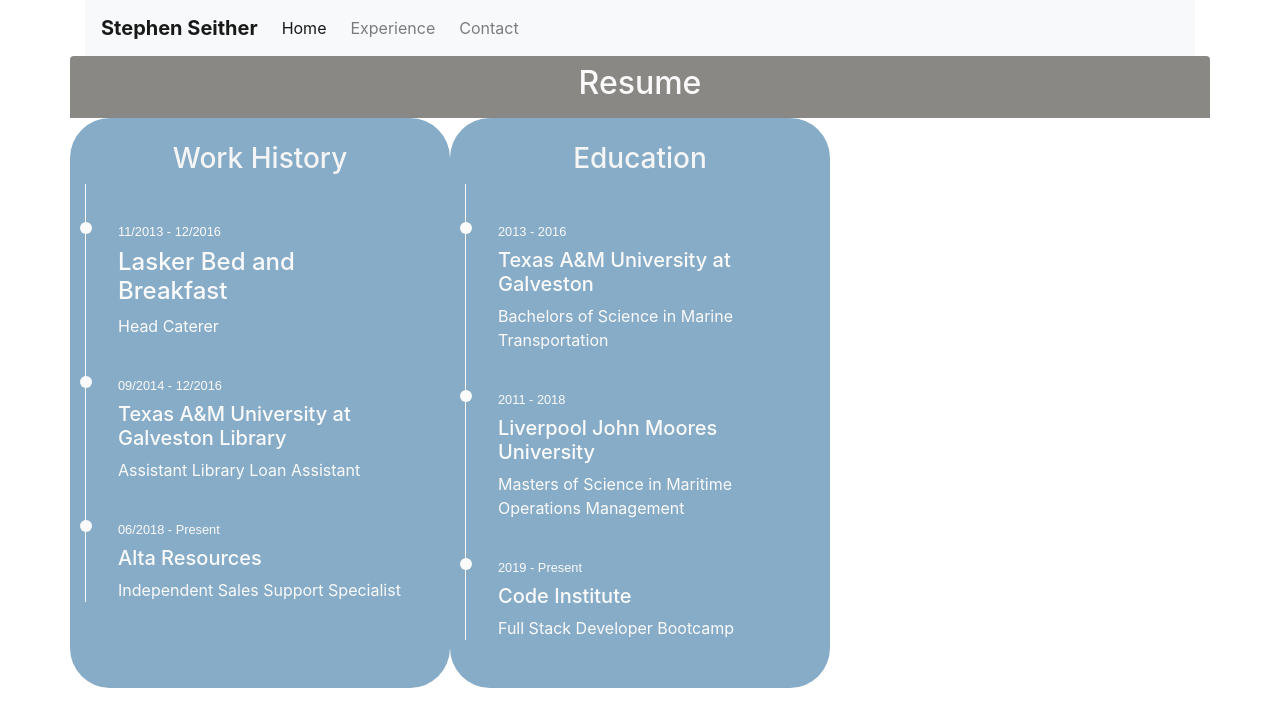
Repository: stephenseither/First-Milestone-Project
Page: experience.html
The author's editor kept a record of every edit. The page is drawn from the files as they stood at one moment, then again after the next edit.
The browser window is 1280 px wide. The pictures show the whole page.
Some web libraries are served in a nearby version.

Above is the page before.

### experience.html
<!DOCTYPE html>
<html lang="en">

<head>
    <meta charset="UTF-8">
    <meta name="viewport" content="width=device-width, initial-scale=1.0">
    <meta http-equiv="X-UA-Compatible" content="ie=edge">
    <link rel="stylesheet" href="https://stackpath.bootstrapcdn.com/bootstrap/4.3.1/css/bootstrap.min.css" integrity="sha384-ggOyR0iXCbMQv3Xipma34MD+dH/1fQ784/j6cY/iJTQUOhcWr7x9JvoRxT2MZw1T" crossorigin="anonymous">
    <link rel="stylesheet" href="https://use.fontawesome.com/releases/v5.10.2/css/all.css" integrity="sha384-rtJEYb85SiYWgfpCr0jn174XgJTn4rptSOQsMroFBPQSGLdOC5IbubP6lJ35qoM9" crossorigin="anonymous">
    <link rel="stylesheet" href="assets/css/style.css" type="text/css" />
    <title>Document</title>
</head>

<body>
    <div class="container">
        <div class="row">
            <div class="col">
                <nav class="navbar navbar-light bg-light navbar-expand-sm">
                    <a href="index.html" class="navbar-brand font-weight-bold">Stephen Seither</a>

                    <button class="navbar-toggler ml-auto" type="button" data-toggle="collapse" data-target="#navbarNavDropdown" aria-controls="navbarNavDropdown" aria-expanded="false" aria-label="Toggle navigation">
            <span class="navbar-toggler-icon"></span></button>

                    <div class="collapse navbar-collapse" id="navbarNavDropdown">
                        <ul class="navbar-nav mr-auto">
                            <li class="active nav-item mr-2"><a class="nav-link" href="index.html">Home</a></li>
                            <li class="nav-item mr-2"><a class="nav-link" href="experience.html">Experience</a></li>
                            <li class="nav-item mr-2"><a class="nav-link" href="contact.html">Contact</a></li>
                        </ul>
                    </div>
                </nav>
            </div>
        </div>
    </div>

    <div class="container">
        <div class="row">
            <div class="col resume rounded-top">
                <h2 class="uppercase">
                    Resume
                </h2>
            </div>
        </div>
    </div>

    <div class="container">
        <div class="row">
            <div class="col-md-4 bg-work-timeline pb-5 work-timeline">
                <div class="work-history pt-4">
                    <h3>Work History</h3>
                </div>
                <div class="history-items">
                     <div class="timeline-item" data-dates="11/2013 - 12/2016">
                        <h4> Lasker Bed and Breakfast</h4>
                        <p>Head Caterer</p>
                    </div>
                    <div class="timeline-item" data-dates="09/2014 - 12/2016">
                        <h5> Texas A&M University at Galveston Library </h4>
                        <p>Assistant Library Loan Assistant</p>
                    </div>

                    <div class="timeline-item" data-dates="06/2018 - Present">
                        <h5> Alta Resources</h4>
                        <p>Independent Sales Support Specialist</p>
                    </div>
                </div>
            </div>
            <div class="col-md-4 bg-school-timeline school-timeline pb-5">
                <div class="school pt-4">
                    <h3>Education</h3>
                </div>
                <div class="school-item" data-dates="2013 - 2016">
                    <h5>Texas A&M University at Galveston</h4>
                    <p>Bachelors of Science in Marine Transportation</p>
                </div>
                <div class="school-item" data-dates="2011 - 2018">
                    <h5>Liverpool John Moores University</h4>
                    <p>Masters of Science in Maritime Operations Management</p>
                </div>
                <div class="school-item" data-dates="2019 - Present">
                    <h5>Code Institute</h4>
                    <p>Full Stack Developer Bootcamp</p>
                </div>
            </div>
        </div>
    </div>


    <script src="https://code.jquery.com/jquery-3.3.1.slim.min.js" integrity="sha384-q8i/X+965DzO0rT7abK41JStQIAqVgRVzpbzo5smXKp4YfRvH+8abtTE1Pi6jizo" crossorigin="anonymous"></script>
    <script src="https://cdnjs.cloudflare.com/ajax/libs/popper.js/1.14.3/umd/popper.min.js" integrity="sha384-ZMP7rVo3mIykV+2+9J3UJ46jBk0WLaUAdn689aCwoqbBJiSnjAK/l8WvCWPIPm49" crossorigin="anonymous"></script>
    <script src="https://stackpath.bootstrapcdn.com/bootstrap/4.1.3/js/bootstrap.min.js" integrity="sha384-ChfqqxuZUCnJSK3+MXmPNIyE6ZbWh2IMqE241rYiqJxyMiZ6OW/JmZQ5stwEULTy" crossorigin="anonymous"></script>
</body>

</html>

### assets/css/style.css
/*---------------------------Media Queries---------------------- */

@media (hover: none) {
    .contact-info {
        background-color: #7395ae;
        opacity: 1.2;
    }
}


/*---------------------------BG Colors---------------------- */

.bg-header {
    background-color: #8a8884;
}

.about-me {
    background-color: #87acc7;
}

.photo {
    background-color: #87acc7;
}

.contact-info {
    background-color: #7395ae;
    opacity: 0.75;
    transition: opacity .5s ease-out, font-weight .25s ease-in-out;
    -moz-transition: opacity .5s ease-out, font-weight .25s ease-in-out;
    -webkit-transition: opacity .5s ease-out, font-weight .25s ease-in-out;
    color: #fafafa;
    font-weight: normal;
}

.contact-info:hover {
    opacity: 1.2;
    font-weight: bold;
}

.bg-work-timeline {
    background-color: #87acc7;
}

.bg-school-timeline {
    background-color: #87acc7;
}

/*---------------------------Header---------------------- */

.heading {
    text-align: center;
}

.name {
    margin-top: 60px;
    color: #fff;
}

.title {
    color: #e3e1e1;
    margin-bottom: 20px;
}

.social-links {
    margin-left: 40px;
}

.social-links li a i {
    width: 32px;
    height: 32px;
    padding: 12px 2px;
    border-radius: 50%;
    font-size: 13px;
    line-height: 7px;
    text-align: center;
    color: #fafafa;
    background: #8f8f8f;
    transition: all 0.35s ease-in-out, ;
    -moz-transition: all 0.35s ease-in-out;
    -webkit-transition: all 0.35s ease-in-out;
    -o-transition: all 0.35s ease-in-out;
}

.social-links li a i:hover {
    background-color: #b8784b;
    transform: scale(1.5);
    -webkit-transform: scale(1.5);
    -moz-transform: scale(1.5);
    -o-transform: scale(1.5);
}


/*---------------------------About Me---------------------- */

.about-me {
    border-width: 2px 4px;
    border-radius: 40px;
}

.about-me p {
    width: 80%;
    margin-left: 5px;
}

.photo {
    border-width: 2px 4px;
    border-radius: 40px;
}

/*---------------------------Contact Info---------------------- */

.personal-info-item {
    margin-bottom: 10px;
    display: block;
    clear: both;
    font-size: 20px;
}

.personal-info-item .title,
.personal-info-item .value {
    display: inline-block;
    padding-right: 15px;
}

/*--------------------------Work History---------------------- */

.resume {
    background-color: #8a8884;
    text-align: center;
    color: #fafafa;
    padding: 8px;
}

.work-history {
    color: #f5f5f5;
    text-align: center;
}

.work-timeline {
    border-width: 2px 4px;
    border-radius: 40px;
}

.timeline-item {
    padding: 4em 2em 0em 2em;
    position: relative;
    color: #fafafa;
    border-left: 1px solid;
}

.timeline-item p {
    padding: 0;
    margin: 0;
}

.timeline-item:before {
    content: attr(data-dates);
    position: absolute;
    left: 2.5em;
    top: 3em;
    display: block;
    font-family: "Exo", sans-serif;
    font-weight: 500;
    font-size: 0.8em;
    padding: 0;
    margin: 0;
}

.timeline-item:after {
    width: 12px;
    height: 12px;
    display: block;
    top: 2.4em;
    position: absolute;
    left: -6px;
    border-radius: 12px;
    content: '';
    background-color: #fafafa;
}


.school {
    color: #f5f5f5;
    text-align: center;
}

.school-item {
    padding: 4em 2em 0em 2em;
    position: relative;
    color: #fafafa;
    border-left: 1px solid;
}


.school-timeline {
    border-width: 2px 4px;
    border-radius: 40px;
}

.school-item p {
    padding: 0;
    margin: 0;
}

.school-item:before {
    content: attr(data-dates);
    position: absolute;
    left: 2.5em;
    top: 3em;
    display: block;
    font-family: "Exo", sans-serif;
    font-weight: 500;
    font-size: 0.8em;
    padding: 0;
    margin: 0;
}

.school-item:after {
    width: 12px;
    height: 12px;
    display: block;
    top: 2.4em;
    position: absolute;
    left: -6px;
    border-radius: 12px;
    content: '';
    background-color: #fafafa;
}


.footer {
    background-color: #525252;
    border-radius: 25px;
}

After the next edit:
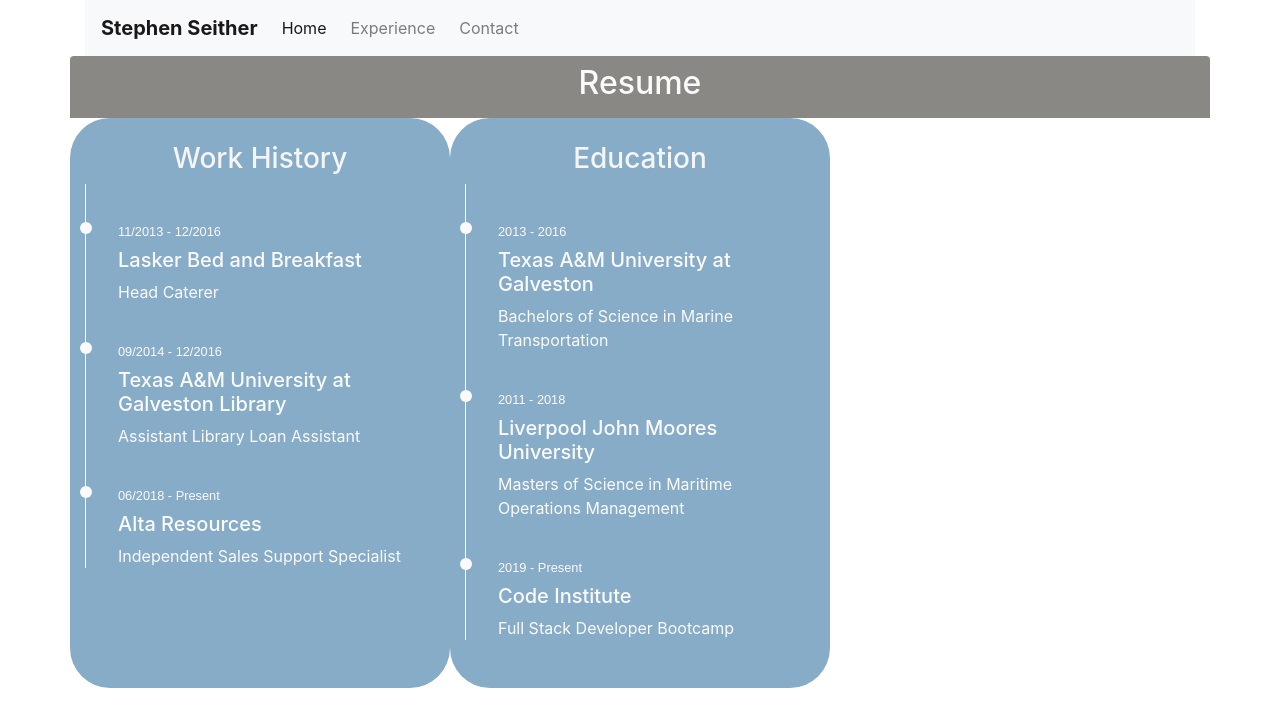
The edit:
--- a/experience.html
+++ b/experience.html
@@ -51,7 +51,7 @@
                 </div>
                 <div class="history-items">
                      <div class="timeline-item" data-dates="11/2013 - 12/2016">
-                        <h4> Lasker Bed and Breakfast</h4>
+                        <h5> Lasker Bed and Breakfast</h4>
                         <p>Head Caterer</p>
                     </div>
                     <div class="timeline-item" data-dates="09/2014 - 12/2016">
